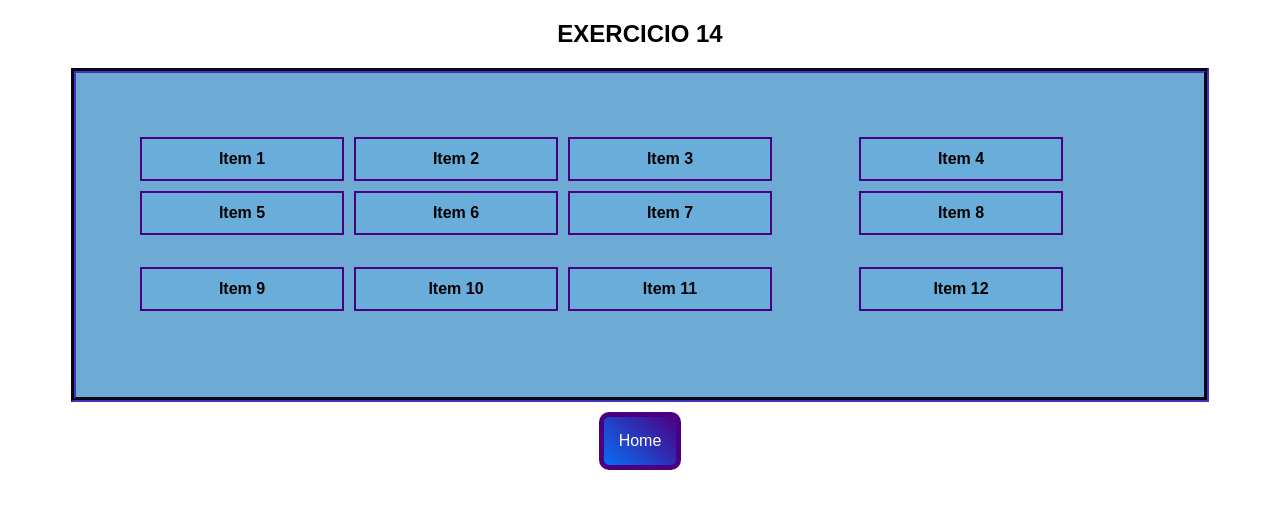
Repository: Elianmrey/TP1-Mobile-First
Page: EXERCISES/EX_14/index.html
The author's editor kept a copy of each file at every save. The page is drawn from the files as they stood at one save, then again after a run of saves.
The browser window is 1280 px wide. The pictures show the whole page.

Above is the page before, as saved 2024-08-05 16:59:40.

After the next 4 saves:
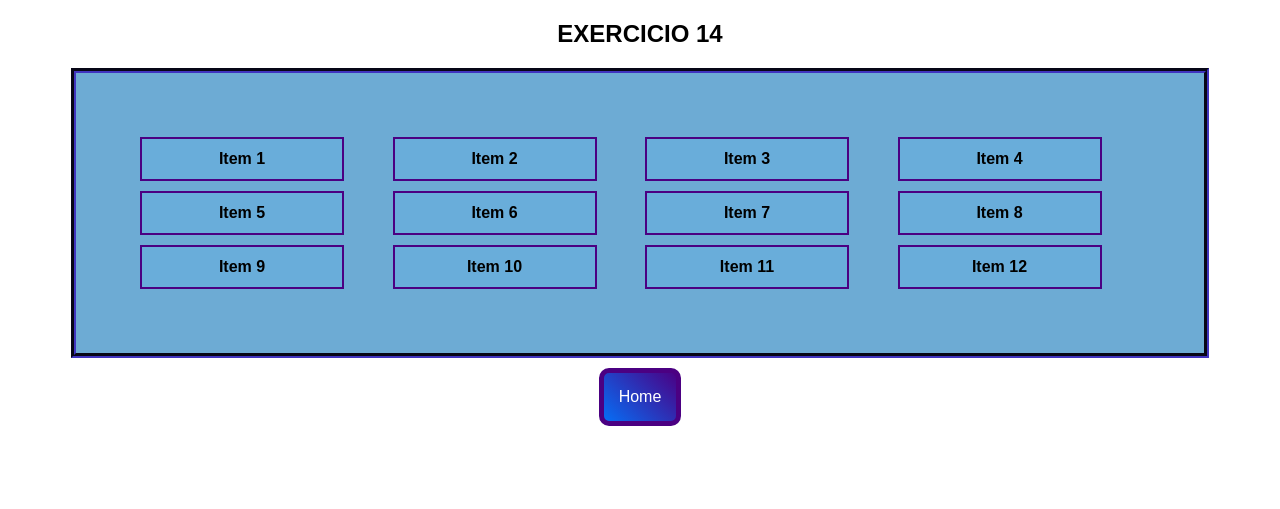
The 4 saves are shown as one change because they came seconds apart.
The last was saved 13 s later.
--- a/EXERCISES/EX_14/style.css
+++ b/EXERCISES/EX_14/style.css
@@ -16,8 +16,8 @@ align-items:center;
 .container-principal
 {
   display: grid;
-  grid-template-columns:  1fr 1fr 2fr 2fr;
-  grid-template-rows:  1fr 1fr 2fr;
+  grid-template-columns:  2fr 2fr 2fr 2fr;
+  grid-template-rows:  2fr 2fr 2fr;
   justify-content: center;
   gap: 10px;
   border: groove 5px rgb(36, 29, 107);
